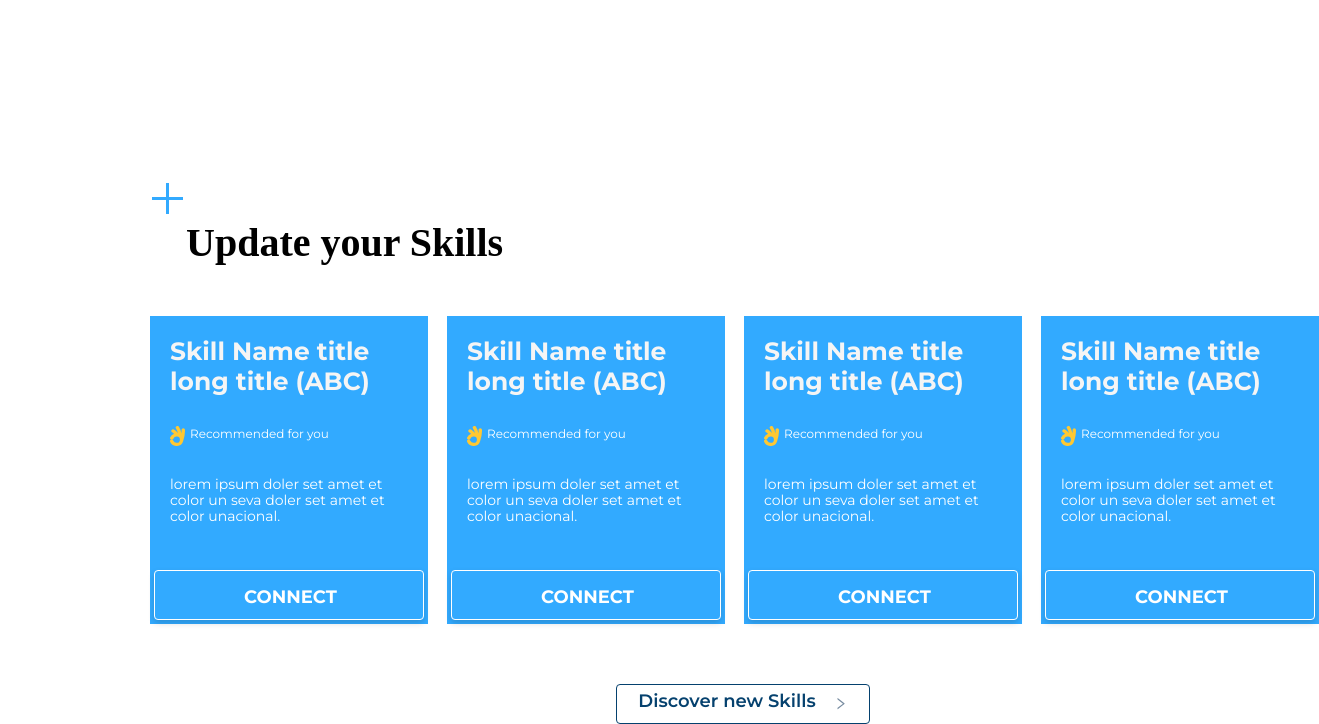
Repository: shekharyadav638/OSL_Assignment_1
Page: index.html
The author's editor kept a copy of each file at every save. The page is drawn from the files as they stood at one save, then again after the next save.
The browser window is 1280 px wide. The page is 1319 px wide, so the pictures cover 1319 px, including what lies to the right of the window. The pictures show the whole page.
The style sheet was rebuilt from its Sass, Less or Tailwind sources for each picture, by a compiler version that may differ from the author's.

Above is the page before, as saved 2024-07-14 22:25:11.

### index.html
<!DOCTYPE html PUBLIC "-//W3C//DTD HTML 4.01 Transitional//EN" "http://www.w3.org/TR/html4/loose.dtd">
<html>
  <head>
    <meta http-equiv="Content-Type" content="text/html; charset=ISO-8859-1" />
    <title>Assignment 1</title>
    <link rel="stylesheet" href="style.css" />
    <link rel="preconnect" href="https://fonts.googleapis.com" />
    <link rel="preconnect" href="https://fonts.gstatic.com" crossorigin />
    <link
      href="https://fonts.googleapis.com/css2?family=Montserrat:ital,wght@0,100..900;1,100..900&display=swap"
      rel="stylesheet"
    />
  </head>
  <body>
    <!-- <header>
      <div class="header">
        <div class="header_left">
          <div class="header_left_logo"></div>
          <span class="header_left_title">Thinkin Blue</span>
        </div>
        <div class="header_right">
          <ul class="header_right_list">
            <li class="header_right_list_item">
              <a href="#">Home</a>
            </li>
            <li class="header_right_list_item"><a href="#">About Us</a></li>
            <li class="header_right_list_item"><a href="#">Work</a></li>
            <li class="header_right_list_item">
              <a href="#">ThinkinBlue Business</a>
            </li>
          </ul>
          <button class="header_right_btn">Login</button>
        </div>
      </div>
    </header>
    <section class="banner">
      <div class="banner_left">
       <p class="banner_left_text">The career network <br> for workers</p>
       <div class="banner_left_input">
        <input type="text" placeholder="Search Better Opportunites" class="banner_left_input_box"></input>
        <img src="img/location.svg" alt="location-icon" class="banner_left_input_icon">
       </div>
       <div class="banner_left_categories">
        <hr>
        <div class="banner_left_categories_title">100+ Job Opportunities</div>
        <div class="banner_left_categories_list">
          <div class="banner_left_categories_list_above">
            <div class="banner_left_categories_list_above_item"> Precision Production</div>
            <div class="banner_left_categories_list_above_item"> Helpers</div>
            <div class="banner_left_categories_list_above_item"> Front-line Supervisors</div>
            <div class="banner_left_categories_list_above_item"> Machine operators & Supervisors</div>
          </div>
          <div class="banner_left_categories_list_below">
            <div class="banner_left_categories_list_below_item"> Machine operators</div>
            <div class="banner_left_categories_list_below_item"> Handlers</div>
            <div class="banner_left_categories_list_below_item"> Transportation & moving occupations</div>
            <div class="banner_left_categories_list_below_item"> See all</div>
          </div>
        </div>
        <div >
          <button class="banner_left_categories_button">Join ThinkinBlue</button>
        </div>
       </div>
      </div>
      <div class="banner_right">
        <img src="img/banner_right.png" alt="banner_right" class="banner_right_img"></img>
      </div>
    </section>
    <section class="hiring">
      <div class="hiring_top">
        <div class="hiring_top_icon">
          <img src="img/plus_icon.svg" alt="plus_icon" />
        </div>
        <div class="hiring_top_heading">From the Community</div>
      </div>
      <div class="hiring_body">
        <div class="hiring_body_img">
          <img src="img/hiring.jpeg" alt="hiring" />
        </div>
        <div class="hiring_body_img">
          <img src="img/hiring.jpeg" alt="hiring" />
        </div>
        <div class="hiring_body_img">
          <img src="img/hiring.jpeg" alt="hiring" />
        </div>
        <div class="hiring_body_img">
          <img src="img/hiring.jpeg" alt="hiring" />
        </div>
      </div>
      <div class="hiring_footer">
        <div class="hiring_footer_slide">
          <div class="hiring_footer_slide_1"></div>
          <div class="hiring_footer_slide_2"></div>
          <div class="hiring_footer_slide_2"></div>
          <div class="hiring_footer_slide_2"></div>
        </div>
        <div class="hiring_footer_btn">
          <button>
            <div class="hiring_footer_btn_text">See more</div>
            <div class="hiring_footer_btn_icon">
              <img src="img/right_arrow.svg" alt="arrow" />
            </div>
          </button>
        </div>
      </div>
    </section>
    <section class="features">
      <div class="features_top">
        <div class="features_top_icon">
          <img src="img/plus_icon.svg" alt="plus_icon" />
        </div>
        <div class="features_top_heading">Features</div>
      </div>
      <div class="features_body">
        <div class="features_body_1">
          <div class="features_body_img">
            <img src="img/feature_1.png" alt="feature" />
          </div>
          <div class="features_body_text">Build Connections</div>
        </div>
        <div class="features_body_1">
          <div class="features_body_img">
            <img src="img/feature_2.png" alt="feature" />
          </div>
          <div class="features_body_text">Simple & Easy to Use</div>
        </div>
        <div class="features_body_1">
          <div class="features_body_img">
            <img src="img/feature_3.png" alt="feature" />
          </div>
          <div class="features_body_text">Built for Workers</div>
        </div>
        <div class="features_body_1">
          <div class="features_body_img">
            <img src="img/feature_4.png" alt="feature" />
          </div>
          <div class="features_body_text">Career Development</div>
        </div>
      </div>
    </section> -->
    <!-- <section class="group">
      <div class="group_top">
        <div class="group_top_icon">
          <img src="img/plus_icon.svg" alt="plus_icon" />
        </div>
        <div class="group_top_heading">Find a Group</div>
      </div>
      <div class="group_body">
        <div class="group_body_item">
          <div class="group_body_item_img"> <img src="img/group.png" alt="group" /></div>
          <div class="group_body_item_title">Front-line Supervisors</div>
          <div class="group_body_item_bottom">Front-line Supervisors</div>
          <div class="group_body_item_members">
            <img src="img/member.png" alt="member" class="group_body_item_members_img"></img>
            <div class="group_body_item_members_text">180 <span>users</span></div>
          </div>
          <button class="group_body_item_btn">CONNECT</button>
        </div>
        <div class="group_body_item">
          <div class="group_body_item_img"> <img src="img/group.png" alt="group" /></div>
          <div class="group_body_item_title">Front-line Supervisors</div>
          <div class="group_body_item_bottom">Front-line Supervisors</div>
          <div class="group_body_item_members">
            <img src="img/member.png" alt="member" class="group_body_item_members_img"></img>
            <div class="group_body_item_members_text">180 <span>users</span></div>
          </div>
          <button class="group_body_item_btn">CONNECT</button>
        </div>
        <div class="group_body_item">
          <div class="group_body_item_img"> <img src="img/group.png" alt="group" /></div>
          <div class="group_body_item_title">Front-line Supervisors</div>
          <div class="group_body_item_bottom">Front-line Supervisors</div>
          <div class="group_body_item_members">
            <img src="img/member.png" alt="member" class="group_body_item_members_img"></img>
            <div class="group_body_item_members_text">180 <span>users</span></div>
          </div>
          <button class="group_body_item_btn">CONNECT</button>
        </div>
        <div class="group_body_item">
          <div class="group_body_item_img"> <img src="img/group.png" alt="group" /></div>
          <div class="group_body_item_title">Front-line Supervisors</div>
          <div class="group_body_item_bottom">Front-line Supervisors</div>
          <div class="group_body_item_members">
            <img src="img/member.png" alt="member" class="group_body_item_members_img"></img>
            <div class="group_body_item_members_text">180 <span>users</span></div>
          </div>
          <button class="group_body_item_btn">CONNECT</button>
        </div>
      </div>
        <div class="group_footer_btn">
          <button>
            <div class="group_footer_btn_text">Explore Groups</div>
            <div class="group_footer_btn_icon">
              <img src="img/right_arrow.svg" alt="arrow" />
            </div>
          </button>
        </div>
      </div>
    </section> -->
    <section class="skills">
      <div class="skills_top">
        <div class="skills_top_icon">
          <img src="img/plus_icon.svg" alt="plus_icon" />
        </div>
        <div class="skills_top_heading">Update your Skills</div>
      </div>
      <div class="skills_body">
        <div class="skills_body_item">
          <div class="skills_body_item_title">Skill Name title long title (ABC)</div>
          <div class="skills_body_item_mid">
            <img src="img/path_7.svg" alt="member" class="group_body_item_mid_img"></img>
            <div class="skills_body_item_mid_text"><span>Recommended for you</span></div>
          </div>
          <div class="skills_body_item_para"><p>lorem ipsum doler set amet et color un seva doler set amet et color unacional.</p></div>
          <button class="skills_body_item_btn">CONNECT</button>
        </div>
        <div class="skills_body_item">
          <div class="skills_body_item_title">Skill Name title long title (ABC)</div>
          <div class="skills_body_item_mid">
            <img src="img/path_7.svg" alt="member" class="group_body_item_mid_img"></img>
            <div class="skills_body_item_mid_text"><span>Recommended for you</span></div>
          </div>
          <div class="skills_body_item_para"><p>lorem ipsum doler set amet et color un seva doler set amet et color unacional.</p></div>
          <button class="skills_body_item_btn">CONNECT</button>
        </div>
        <div class="skills_body_item">
          <div class="skills_body_item_title">Skill Name title long title (ABC)</div>
          <div class="skills_body_item_mid">
            <img src="img/path_7.svg" alt="member" class="group_body_item_mid_img"></img>
            <div class="skills_body_item_mid_text"><span>Recommended for you</span></div>
          </div>
          <div class="skills_body_item_para"><p>lorem ipsum doler set amet et color un seva doler set amet et color unacional.</p></div>
          <button class="skills_body_item_btn">CONNECT</button>
        </div>
        <div class="skills_body_item">
          <div class="skills_body_item_title">Skill Name title long title (ABC)</div>
          <div class="skills_body_item_mid">
            <img src="img/path_7.svg" alt="member" class="group_body_item_mid_img"></img>
            <div class="skills_body_item_mid_text"><span>Recommended for you</span></div>
          </div>
          <div class="skills_body_item_para"><p>lorem ipsum doler set amet et color un seva doler set amet et color unacional.</p></div>
          <button class="skills_body_item_btn">CONNECT</button>
        </div>
      </div>
        <div class="skills_footer_btn">
          <button>
            <div class="skills_footer_btn_text">Discover new Skills</div>
            <div class="skills_footer_btn_icon">
              <img src="img/right_arrow.svg" alt="arrow" />
            </div>
          </button>
        </div>
      </div>
    </section>
    <section class="career">
      <div class="career_left">

      </div>
      <div class="career_right"></div>
    </section>
  </body>
</html>

### style.scss
* {
  margin: 0;
  padding: 0;
}
.body {
  width: 1440px;
  opacity: 1;
  overflow-x: hidden;
}

@import "header";
@import "banner";
@import "hiring";
@import "features";
@import "group";
@import "skills";

### header.scss
.header {
  background: transparent;
  position: fixed;
  display: flex;
  align-content: center;
  width: 1140px;
  height: 86px;
  opacity: 1;
  margin: 16px 150px;
  &_left {
    align-items: center;
    display: flex;
    opacity: 1;

    &_logo {
      width: 52px;
      height: 52px;
      background: #ffffff 0% 0% no-repeat padding-box;
      opacity: 1;
    }

    &_title {
      padding-left: 5px;
      text-align: left;
      font: normal normal bold 21px/28px Segoe UI;
      width: 113px;
      height: 28px;
      letter-spacing: 0px;
      color: #150303;
      opacity: 1;
    }
  }

  &_right {
    margin-left: 261px;
    align-items: center;
    display: flex;
    gap: 66px;
    &_list {
      list-style: none;
      display: flex;
      gap: 76px;
      align-items: center;

      &_item {
        text-align: left;
        font: normal normal normal 14px/11px Montserrat;
        letter-spacing: 0px;
        padding: 17px 0;
        color: #ffffff;
        opacity: 1;
      }
    }
    &_btn {
      background: #ffc832 0% 0% no-repeat padding-box;
      border-radius: 4px;
      opacity: 1;
      padding: 8px 33px;
      text-align: left;
      font: normal normal 600 18px Montserrat;
      letter-spacing: 0px;
      color: #05416e;
      opacity: 1;
    }
  }
}

.banner {
  &_img {
    width: 100%;
    height: 100%;
    background-position: center;
  }
}

### _hiring.scss
.hiring {
  margin: 180px 150px;
  margin-bottom: 0;

  &_top {
    display: flex;
    flex-direction: column;
    width: 411px;
    margin-bottom: 60px;
    &_icon {
      width: 36px;
      height: 36px;
    }

    &_heading {
      margin-left: 36px;
      width: 375px;
      height: 40px;
      font: normal normal bold 40px/54px Adobe Caslon Pro;
      letter-spacing: 0px;
      color: #000000;
      opacity: 1;
    }
  }

  &_body {
    display: flex;
    justify-content: space-between;
    &_img {
      & img {
        width: 276px;
        height: 308px;
        border-radius: 4px;
        opacity: 1;
      }
    }
  }

  &_footer {
    margin-top: 60px;

    &_slide {
      display: flex;
      width: 180px;
      height: 10px;
      justify-content: space-between;
      margin-left: 480px;
      &_1 {
        width: 32px;
        height: 6px;
        background: #32aaff 0% 0% no-repeat padding-box;
        border-radius: 2px;
        opacity: 1;
      }
      &_2 {
        width: 32px;
        height: 6px;
        background: #05416e 0% 0% no-repeat padding-box;
        border-radius: 2px;
        opacity: 1;
      }
    }

    &_btn {
      margin-top: 20px;
      display: flex;
      align-items: center;
      justify-content: center;

      & button {
        width: 159px;
        height: 40px;
        background: #ffffff 0% 0% no-repeat padding-box;
        border: 1px solid #05416e;
        border-radius: 4px;
        opacity: 1;
        padding-left: 20px;
        padding-right: 20px;
        padding-top: 8.47px;
        display: flex;
        justify-content: space-between;
      }
      &_text {
        width: 88px;
        height: 22px;
        font: normal normal 600 18px/17px Montserrat;
        letter-spacing: 0px;
        color: #05416e;
      }
      &_icon {
        width: 16px;
        height: 16px;
      }
    }
  }
}

### _features.scss
.features {
  margin: 180px 150px;
  margin-bottom: 0;

  &_top {
    display: flex;
    flex-direction: column;
    width: 411px;
    margin-bottom: 60px;
    &_icon {
      width: 31px;
      height: 31px;
    }

    &_heading {
      margin-left: 36px;
      width: 144px;
      height: 40px;
      font: normal normal bold 40px/54px Adobe Caslon Pro;
      letter-spacing: 0px;
      color: #000000;
      opacity: 1;
    }
  }

  &_body {
    display: flex;
    justify-content: space-between;

    &_1 {
      width: 270px;
      height: 308px;
      background: #f5f5f5 0% 0% no-repeat padding-box;
      border-radius: 4px;
      opacity: 1;
    }

    &_img {
      margin-top: 50px;
      width: 110px;
      height: 110px;
      margin-left: 79px;
    }

    &_text {
      margin-top: 25px;
      text-align: center;
      font: normal normal bold 25px/30px Montserrat;
      letter-spacing: 0px;
      color: #05416e;
      opacity: 1;
      padding: 0px 52px;
    }
  }
}

### _group.scss
.group {
  margin: 180px 150px;
  margin-bottom: 0;

  &_top {
    display: flex;
    flex-direction: column;
    width: 411px;
    margin-bottom: 60px;
    &_icon {
      width: 36px;
      height: 36px;
    }

    &_heading {
      margin-left: 36px;
      width: 375px;
      height: 40px;
      font: normal normal bold 40px/54px Adobe Caslon Pro;
      letter-spacing: 0px;
      color: #000000;
      opacity: 1;
    }
  }

  &_body {
    display: flex;
    justify-content: space-between;

    &_item {
      height: 308px;
      width: 270px;
      &_img {
        & img {
          width: 270px;
          height: 153px;
          border-radius: 4px 4px 0px 0px;
          opacity: 1;
        }
      }
      &_title {
        width: 209px;
        height: 22px;
        font: normal normal bold 16px/24px Montserrat;
        letter-spacing: 0px;
        color: #000000;
        opacity: 1;
        margin-top: 15px;
      }

      &_bottom {
        height: 13px;
        font: normal normal normal 10px Montserrat;
        letter-spacing: 0px;
        color: #d0b6b6;
        opacity: 1;
      }

      &_members {
        margin-top: 15px;
        margin-bottom: 16px;
        display: flex;
        align-items: center;
        &_img {
          width: 23px;
          height: 24px;
          border: 1px solid #ffffff;
          opacity: 1;
        }

        &_text {
          margin-left: 4px;
          height: 13px;
          font: normal normal 600 10px/13px Montserrat;
          text-align: left;
          letter-spacing: 0px;
          color: #000000;
          opacity: 1;
          & span {
            font: normal normal normal 10px/13px Montserrat;
          }
        }
      }

      &_btn {
        border: 1px solid #ebebeb;
        border-radius: 0px 0px 4px 4px;
        padding: 14px 0;
        padding-left: 89px;
        width: 270px;
        height: 50px;
        text-align: left;
        font: normal normal bold 18px/24px Montserrat;
        letter-spacing: 0px;
        color: #32aaff;
        opacity: 1;
      }
    }
  }

  &_footer {
    &_btn {
      margin-top: 60px;
      display: flex;
      align-items: center;
      justify-content: center;

      & button {
        width: 215px;
        height: 40px;
        background: #ffffff 0% 0% no-repeat padding-box;
        border: 1px solid #05416e;
        border-radius: 4px;
        opacity: 1;
        padding-left: 20px;
        padding-right: 20px;
        align-items: center;
        display: flex;
        justify-content: space-between;
      }
      &_text {
        font: normal normal 600 18px/17px Montserrat;
        letter-spacing: 0px;
        color: #05416e;
        width: 142px;
        height: 22px;
      }
      &_icon {
        margin-left: 15px;
        width: 17px;
        height: 16px;
      }
    }
  }
}

### _skills.scss
.skills {
  margin: 180px 150px;
  margin-bottom: 0;
  height: 308px;
  width: 270px;

  &_top {
    display: flex;
    flex-direction: column;
    width: 411px;
    margin-bottom: 60px;
    &_icon {
      width: 36px;
      height: 36px;
    }

    &_heading {
      margin-left: 36px;
      width: 375px;
      height: 40px;
      font: normal normal bold 40px/54px Adobe Caslon Pro;
      letter-spacing: 0px;
      color: #000000;
      opacity: 1;
    }
  }

  &_body {
    display: flex;
    gap: 19px;

    &_item {
      background-color: #32aaff;
      padding-top: 20px;
      &_title {
        padding-left: 20px;
        width: 207px;
        height: 60px;
        text-align: left;
        font: normal normal bold 25px/30px Montserrat;
        letter-spacing: 0px;
        color: #f5f5f5;
        opacity: 1;
      }

      &_mid {
        margin-top: 30px;
        margin-left: 20px;
        display: flex;
        &_img {
          width: 15px;
          height: 20px;
        }
        &_text {
          margin-left: 5px;
          text-align: left;
          font: normal normal normal 12px/15px Montserrat;
          letter-spacing: 0px;
          color: #ffffff;
          opacity: 1;
        }
      }

      &_para {
        margin: 30px 20px;
        width: 230px;
        height: 64px;
        text-align: left;
        font: normal normal normal 14px/16px Montserrat;
        letter-spacing: 0px;
        color: #ffffff;
        opacity: 1;
      }

      &_btn {
        margin: 0 4px;
        margin-bottom: 4px;
        background: transparent 0% 0% no-repeat padding-box;
        box-shadow: 0px 3px 6px #00000029;
        border: 1px solid #ffffff;
        border-radius: 4px;
        padding: 14px 0;
        padding-left: 89px;
        width: 270px;
        height: 50px;
        text-align: left;
        font: normal normal bold 18px/24px Montserrat;
        letter-spacing: 0px;
        color: #ffffff;
        opacity: 1;
      }
    }
  }

  &_footer {
    &_btn {
      margin-top: 60px;
      margin-left: 593px;
      display: flex;
      align-items: center;
      justify-content: center;

      & button {
        width: 254px;
        height: 40px;
        background: #ffffff 0% 0% no-repeat padding-box;
        border: 1px solid #05416e;
        border-radius: 4px;
        opacity: 1;
        padding-left: 20px;
        padding-right: 20px;
        align-items: center;
        display: flex;
        justify-content: space-between;
      }
      &_text {
        font: normal normal 600 18px/17px Montserrat;
        letter-spacing: 0px;
        color: #05416e;
        width: 180px;
        height: 22px;
      }
      &_icon {
        margin-left: 15px;
        width: 17px;
        height: 16px;
      }
    }
  }
}

Loaded but not shown: _banner.scss (142 lines, source omitted)

After the next save:
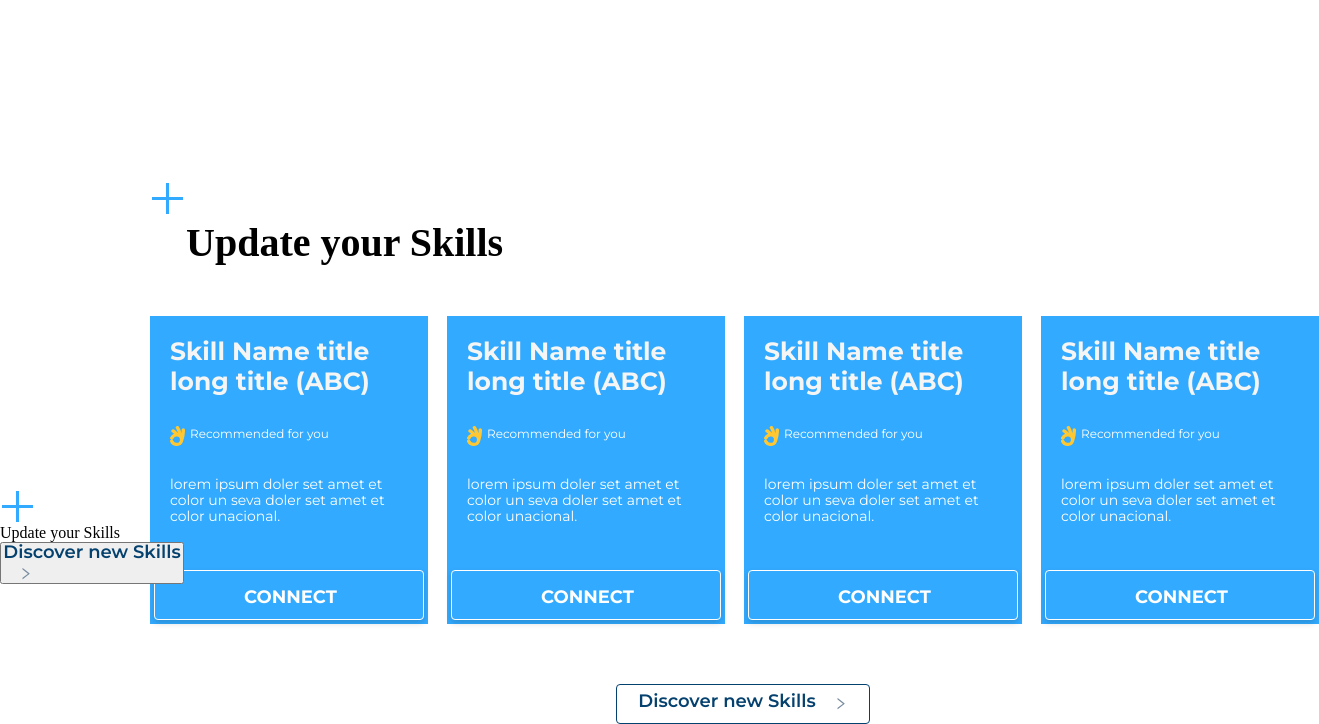
Saved 2 min 11 s later.
--- a/index.html
+++ b/index.html
@@ -254,9 +254,26 @@
     </section>
     <section class="career">
       <div class="career_left">
+        <div class="career_left_top">
+          <div class="career_left_top_icon">
+            <img src="img/plus_icon.svg" alt="plus_icon" />
+          </div>
+          <div class="career_left_top_heading">Update your Skills</div>
+        </div>
 
-      </div>
-      <div class="career_right"></div>
+        <div class="career_left_para"></div>
+        <div class="career_left_btn">
+          <button>
+            <div class="skills_footer_btn_text">Discover new Skills</div>
+            <div class="skills_footer_btn_icon">
+              <img src="img/right_arrow.svg" alt="arrow" />
+            </div>
+          </button>
+        </div>
+      </div>
+      <div class="career_right">
+
+      </div>
     </section>
   </body>
 </html>
